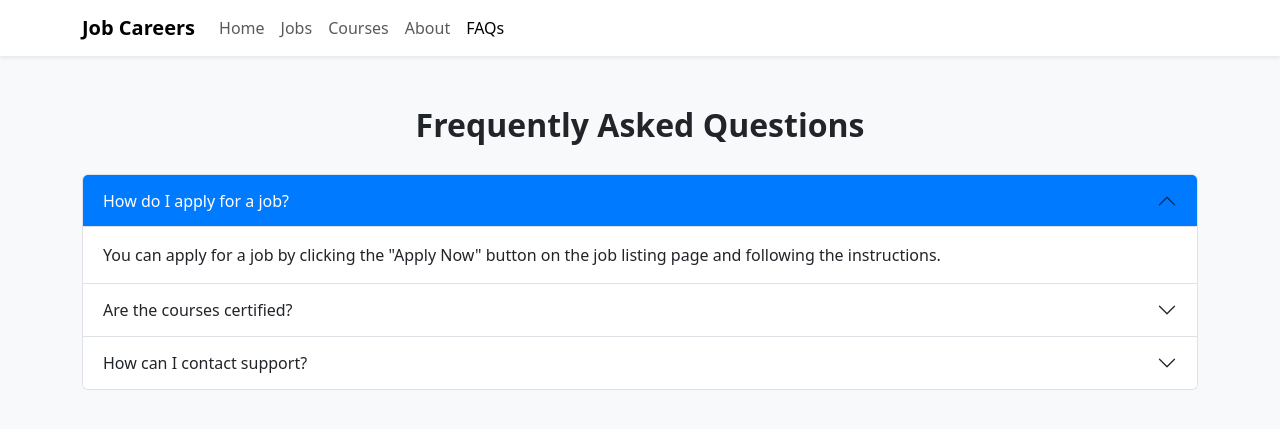
Repository: Sumit123sm/job-carrer-website
Page: http://localhost/faq.html
An editor plug-in stored every save of this project. The page is shown before and after the next save, followed by the edit.
The browser window is 1280 px wide. The pictures show the whole page.
The page is served by the project's application, run on Flask 3 (app.py).

Above is the page before, as saved 2025-02-12 19:52:22.

### templates/faq.html
<!DOCTYPE html>
<html lang="en">
<head>
    <meta charset="UTF-8">
    <meta name="viewport" content="width=device-width, initial-scale=1.0">
    <title>FAQs - Job Careers</title>
    <link rel="stylesheet" href="https://cdn.jsdelivr.net/npm/bootstrap@5.3.0/dist/css/bootstrap.min.css">
    <style>
        .faq-section {
            padding: 50px 0;
            background-color: #f8f9fa;
        }
        .faq-title {
            font-size: 2rem;
            font-weight: bold;
            text-align: center;
            margin-bottom: 30px;
        }
        .accordion-button:not(.collapsed) {
            background-color: #007bff;
            color: white;
        }
    </style>
</head>
<body>

    <nav class="navbar navbar-expand-lg navbar-light bg-white shadow-sm">
        <div class="container">
            <a class="navbar-brand fw-bold" href="#">Job Careers</a>
            <button class="navbar-toggler" type="button" data-bs-toggle="collapse" data-bs-target="#navbarNav">
                <span class="navbar-toggler-icon"></span>
            </button>
            <div class="collapse navbar-collapse" id="navbarNav">
                <ul class="navbar-nav me-auto">
                    <li class="nav-item"><a class="nav-link" href="index.html">Home</a></li>
                    <li class="nav-item"><a class="nav-link" href="jobs.html">Jobs</a></li>
                    <li class="nav-item"><a class="nav-link" href="courses.html">Courses</a></li>
                    <li class="nav-item"><a class="nav-link" href="about.html">About</a></li>
                    <li class="nav-item"><a class="nav-link active" href="faqs.html">FAQs</a></li>
                </ul>
            </div>
        </div>
    </nav>

    <section class="faq-section">
        <div class="container">
            <h2 class="faq-title">Frequently Asked Questions</h2>
            <div class="accordion" id="faqAccordion">

                <div class="accordion-item">
                    <h2 class="accordion-header" id="headingOne">
                        <button class="accordion-button" type="button" data-bs-toggle="collapse" data-bs-target="#collapseOne">
                            How do I apply for a job?
                        </button>
                    </h2>
                    <div id="collapseOne" class="accordion-collapse collapse show" data-bs-parent="#faqAccordion">
                        <div class="accordion-body">
                            You can apply for a job by clicking the "Apply Now" button on the job listing page and following the instructions.
                        </div>
                    </div>
                </div>

                <div class="accordion-item">
                    <h2 class="accordion-header" id="headingTwo">
                        <button class="accordion-button collapsed" type="button" data-bs-toggle="collapse" data-bs-target="#collapseTwo">
                            Are the courses certified?
                        </button>
                    </h2>
                    <div id="collapseTwo" class="accordion-collapse collapse" data-bs-parent="#faqAccordion">
                        <div class="accordion-body">
                            Yes, all our courses come with a certification upon successful completion.
                        </div>
                    </div>
                </div>

                <div class="accordion-item">
                    <h2 class="accordion-header" id="headingThree">
                        <button class="accordion-button collapsed" type="button" data-bs-toggle="collapse" data-bs-target="#collapseThree">
                            How can I contact support?
                        </button>
                    </h2>
                    <div id="collapseThree" class="accordion-collapse collapse" data-bs-parent="#faqAccordion">
                        <div class="accordion-body">
                            You can contact support by emailing support@jobcareers.com or calling our helpline.
                        </div>
                    </div>
                </div>

            </div>
        </div>
    </section>

    <script src="https://cdn.jsdelivr.net/npm/bootstrap@5.3.0/dist/js/bootstrap.bundle.min.js"></script>
</body>
</html>

### app.py
from flask import Flask, render_template, jsonify
import pymysql.cursors  # Use pymysql instead of MySQLdb

app = Flask(__name__)

# Database Configuration
DB_CONFIG = {
    'host': 'localhost',  # Change this if your database is hosted elsewhere
    'user': 'root',  # Replace with your MySQL username
    'password': 'Sumi970',  # Replace with your MySQL password
    'database': 'job_portal',  # Replace with your database name
}

def get_db_connection():
    """Establish a connection to MySQL database"""
    try:
        connection = pymysql.connect(
            host=DB_CONFIG['host'],
            user=DB_CONFIG['user'],
            password=DB_CONFIG['password'],
            database=DB_CONFIG['database'],
            cursorclass=pymysql.cursors.DictCursor  # Returns results as dictionaries
        )
        return connection
    except pymysql.MySQLError as e:
        print(f"Database connection error: {e}")
        return None

def fetch_jobs():
    """Fetch job listings from the database."""
    connection = get_db_connection()
    if not connection:
        return []

    try:
        with connection.cursor() as cursor:
            cursor.execute("SELECT id, title, location, salary FROM jobs")  # Ensure the 'jobs' table exists
            jobs = cursor.fetchall()
        return jobs
    finally:
        connection.close()

@app.route('/')
def home():
    jobs = fetch_jobs()
    return render_template('home.html', jobs=jobs, company_name='Sumit')
@app.route('/about.html')
def about():
    return render_template('about.html')

@app.route('/courses.html')
def courses():
    return render_template('courses.html')
@app.route('/jobs.html')
def jobs():
    return render_template('jobs.html')
@app.route('/faq.html')
def faq():
    return render_template('faq.html')

@app.route('/api/jobs')
def list_jobs():
    jobs = fetch_jobs()
    return jsonify(jobs)

if __name__ == '__main__':
    app.run(debug=True)

After the next save:
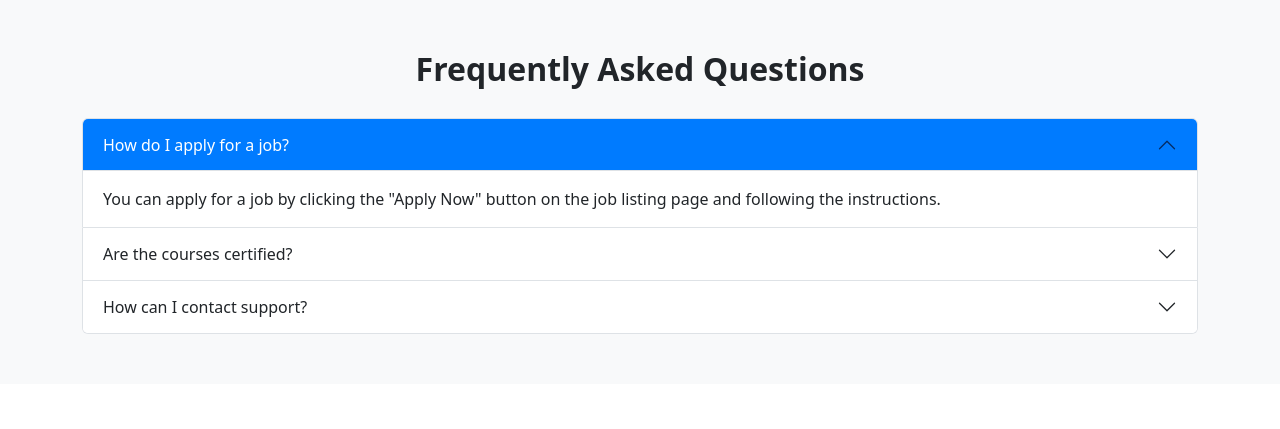
Saved 9 s later.
--- a/templates/faq.html
+++ b/templates/faq.html
@@ -24,23 +24,7 @@
 </head>
 <body>
 
-    <nav class="navbar navbar-expand-lg navbar-light bg-white shadow-sm">
-        <div class="container">
-            <a class="navbar-brand fw-bold" href="#">Job Careers</a>
-            <button class="navbar-toggler" type="button" data-bs-toggle="collapse" data-bs-target="#navbarNav">
-                <span class="navbar-toggler-icon"></span>
-            </button>
-            <div class="collapse navbar-collapse" id="navbarNav">
-                <ul class="navbar-nav me-auto">
-                    <li class="nav-item"><a class="nav-link" href="index.html">Home</a></li>
-                    <li class="nav-item"><a class="nav-link" href="jobs.html">Jobs</a></li>
-                    <li class="nav-item"><a class="nav-link" href="courses.html">Courses</a></li>
-                    <li class="nav-item"><a class="nav-link" href="about.html">About</a></li>
-                    <li class="nav-item"><a class="nav-link active" href="faqs.html">FAQs</a></li>
-                </ul>
-            </div>
-        </div>
-    </nav>
+
 
     <section class="faq-section">
         <div class="container">
